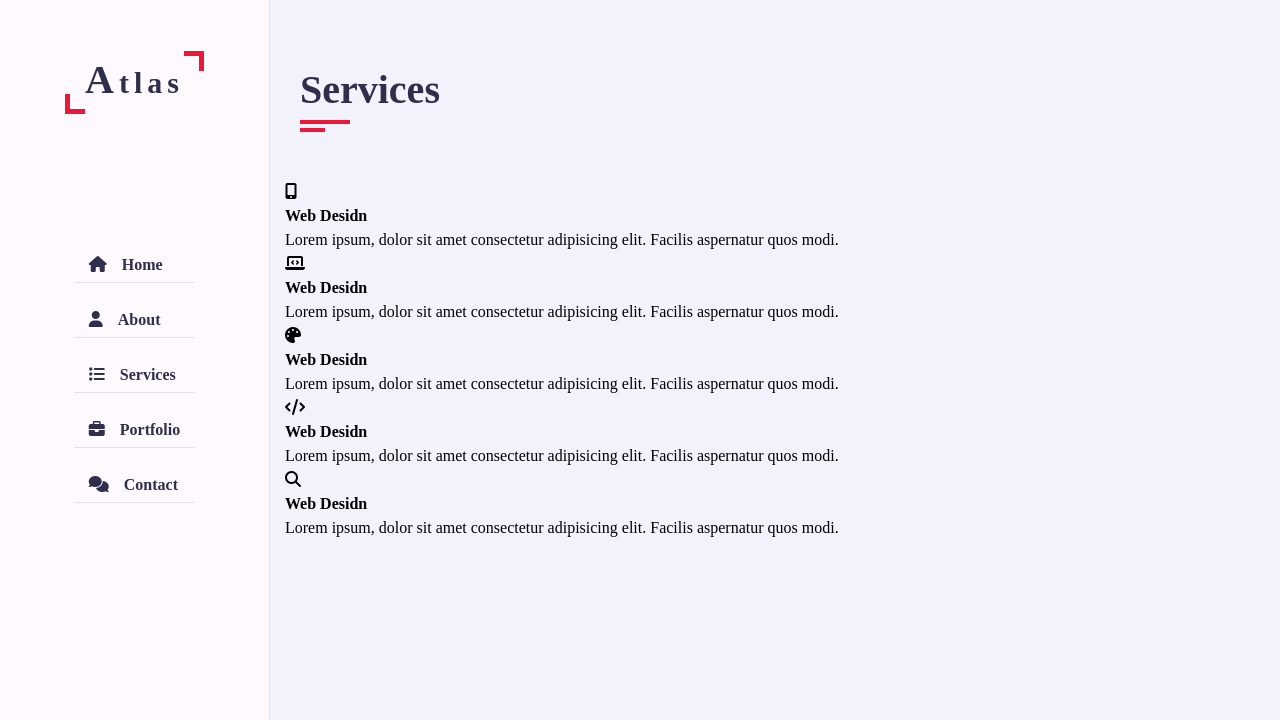
Repository: luanhoang0902/portfolio-ui
Page: index.html
An editor plug-in stored every save of this project. The page is shown before and after the next save, followed by the edit.
The browser window is 1280 px wide. The pictures show the whole page.
Some web fonts or font styles are not loaded; a fallback is used. Some web libraries are served in a nearby version.

Above is the page before, as saved 2022-06-03 11:16:55.

### index.html
<!DOCTYPE html>
<html lang="en">
  <head>
    <meta charset="UTF-8" />
    <meta http-equiv="X-UA-Compatible" content="IE=edge" />
    <meta name="viewport" content="width=device-width, initial-scale=1.0" />
    <title>Document</title>

    <!--  ===== CSS Files ===== -->
    <link rel="stylesheet" href="./css/style.css" />
    <link rel="stylesheet" href="./css/skins/color-1.css" />
    <link
      rel="stylesheet"
      href="https://cdnjs.cloudflare.com/ajax/libs/font-awesome/6.1.1/css/all.min.css"
    />
  </head>
  <body>
    <!--  ===== Main Container Start> ===== -->
    <div class="main-container">
      <!--  ===== Aside Start> ===== -->
      <div class="aside">
        <div class="logo">
          <a href="#"><span>A</span>tlas</a>
        </div>
        <div class="nav-toggler">
          <span></span>
        </div>
        <ul class="nav">
          <li>
            <a href="#"><i class="fa fa-home" class="active"></i>Home</a>
          </li>
          <li>
            <a href="#"><i class="fa fa-user"></i>About</a>
          </li>
          <li>
            <a href="#"><i class="fa fa-list"></i>Services</a>
          </li>
          <li>
            <a href="#"><i class="fa fa-briefcase"></i>Portfolio</a>
          </li>
          <li>
            <a href="#"><i class="fa fa-comments"></i>Contact</a>
          </li>
        </ul>
      </div>
      <!--  ===== Aside End> ===== -->
      <!--  ===== Main Content Start> ===== -->
      <div class="main-content">
        <!--  ===== Home Selection Start> ===== -->
        <section class="home section hidden">
          <div class="container">
            <div class="row">
              <div class="home-info padd-15">
                <h3 class="hello">
                  Hello, my name is <span class="name">Alimi Mousaad</span>
                </h3>
                <h3 class="my-profession">
                  I'm a <span class="typing">web designer</span>
                </h3>
                <p>
                  Lorem ipsum, dolor sit amet consectetur adipisicing elit.
                  Molestiae quos assumenda at illum nisi dolores sequi quisquam?
                  Eaque, earum temporibus.
                </p>
                <a href="#contact" class="btn hire-me">Hire Me</a>
              </div>
              <div class="home-img">
                <img src="./images/avatar.JPG" alt="" />
              </div>
            </div>
          </div>
        </section>
        <!--  ===== Home Selection End> ===== -->
        <!--  ===== About Selection Start> ===== -->
        <section class="about section hidden">
          <div class="container">
            <div class="row">
              <div class="section-title padd-15">
                <h2>About Me</h2>
              </div>
            </div>
            <div class="row">
              <div class="about-content padd-15">
                <div class="row">
                  <div class="about-text padd-15">
                    <h3>I'm Alimi Mousad and <span>Web Developer</span></h3>
                    <p>
                      Lorem ipsum dolor, sit amet consectetur adipisicing elit.
                      Illum, quaerat dolor, a, delectus natus iusto temporibus
                      quod amet architecto odit repudiandae dolore corrupti!
                      Excepturi nostrum porro obcaecati recusandae, ratione
                      maiores hic, ut iste labore sed itaque assumenda!
                      Obcaecati, quam voluptate.
                    </p>
                  </div>
                </div>
                <div class="row">
                  <div class="personal-info padd-15">
                    <div class="row">
                      <div class="info-item padd-15">
                        <p>Birthday: <span>17 sep 1999</span></p>
                      </div>
                      <div class="info-item padd-15">
                        <p>Age: <span>22</span></p>
                      </div>
                      <div class="info-item padd-15">
                        <p>Website: <span>www.domain.com</span></p>
                      </div>
                      <div class="info-item padd-15">
                        <p>Email: <span>info@gmail.com</span></p>
                      </div>
                      <div class="info-item padd-15">
                        <p>Degree: <span>Cs</span></p>
                      </div>
                      <div class="info-item padd-15">
                        <p>Phone: <span>0343151097</span></p>
                      </div>
                      <div class="info-item padd-15">
                        <p>City: <span>Islamabad</span></p>
                      </div>
                      <div class="info-item padd-15">
                        <p>Freelance: <span>Abalidble</span></p>
                      </div>
                    </div>
                    <div class="row">
                      <div class="buttons padd-15">
                        <a href="#" class="btn">Dowload CV</a>
                        <a href="#contact" class="btn hire-me">Hire me</a>
                      </div>
                    </div>
                  </div>
                  <div class="skills padd-15">
                    <div class="row">
                      <div class="skill-item padd-15">
                        <h5>HTML</h5>
                        <div class="progress">
                          <div class="progress-in" style="width: 86%"></div>
                          <div class="skill-percent">86%</div>
                        </div>
                      </div>
                      <div class="skill-item padd-15">
                        <h5>CSS</h5>
                        <div class="progress">
                          <div class="progress-in" style="width: 76%"></div>
                          <div class="skill-percent">76%</div>
                        </div>
                      </div>
                      <div class="skill-item padd-15">
                        <h5>JS</h5>
                        <div class="progress">
                          <div class="progress-in" style="width: 56%"></div>
                          <div class="skill-percent">56%</div>
                        </div>
                      </div>
                      <div class="skill-item padd-15">
                        <h5>REACT</h5>
                        <div class="progress">
                          <div class="progress-in" style="width: 46%"></div>
                          <div class="skill-percent">46%</div>
                        </div>
                      </div>
                    </div>
                  </div>
                </div>
                <div class="row">
                  <div class="education padd-15">
                    <h3 class="title">Education</h3>
                    <div class="row">
                      <div class="timeline-box padd-15">
                        <div class="timeline shadow-dark">
                          <!-- ===== timeline item ===== -->
                          <div class="timeline-item">
                            <div class="circle-dot"></div>
                            <h3 class="timeline-date">
                              <i class="fa fa-calendar"></i> 2013 - 2015
                            </h3>
                            <h4 class="timeline-title">
                              Master in Computer Science
                            </h4>
                            <p class="timeline-text">
                              Lorem ipsum dolor sit, amet consectetur
                              adipisicing elit. Quo dolores facere repellat?
                              Aperiam, reprehenderit natus repellendus,
                              similique et quis quam consequatur ratione quos
                              facilis fugit tenetur tempora saepe deleniti.
                              Adipisci quis deserunt quod rerum quam ipsam autem
                              cumque harum. Similique.
                            </p>
                          </div>
                          <!-- ===== timeline item ===== -->
                          <div class="timeline-item">
                            <div class="circle-dot"></div>
                            <h3 class="timeline-date">
                              <i class="fa fa-calendar"></i> 2013 - 2015
                            </h3>
                            <h4 class="timeline-title">
                              Master in Computer Science
                            </h4>
                            <p class="timeline-text">
                              Lorem ipsum dolor sit, amet consectetur
                              adipisicing elit. Quo dolores facere repellat?
                              Aperiam, reprehenderit natus repellendus,
                              similique et quis quam consequatur ratione quos
                              facilis fugit tenetur tempora saepe deleniti.
                              Adipisci quis deserunt quod rerum quam ipsam autem
                              cumque harum. Similique.
                            </p>
                          </div>
                          <!-- ===== timeline item ===== -->
                          <div class="timeline-item">
                            <div class="circle-dot"></div>
                            <h3 class="timeline-date">
                              <i class="fa fa-calendar"></i> 2013 - 2015
                            </h3>
                            <h4 class="timeline-title">
                              Master in Computer Science
                            </h4>
                            <p class="timeline-text">
                              Lorem ipsum dolor sit, amet consectetur
                              adipisicing elit. Quo dolores facere repellat?
                              Aperiam, reprehenderit natus repellendus,
                              similique et quis quam consequatur ratione quos
                              facilis fugit tenetur tempora saepe deleniti.
                              Adipisci quis deserunt quod rerum quam ipsam autem
                              cumque harum. Similique.
                            </p>
                          </div>
                        </div>
                      </div>
                    </div>
                  </div>
                  <div class="experience padd-15">
                    <h3 class="title">Experience</h3>
                    <div class="row">
                      <div class="timeline-box padd-15">
                        <div class="timeline shadow-dark">
                          <!-- ===== timeline item ===== -->
                          <div class="timeline-item">
                            <div class="circle-dot"></div>
                            <h3 class="timeline-date">
                              <i class="fa fa-calendar"></i> 2013 - 2015
                            </h3>
                            <h4 class="timeline-title">
                              Master in Computer Science
                            </h4>
                            <p class="timeline-text">
                              Lorem ipsum dolor sit, amet consectetur
                              adipisicing elit. Quo dolores facere repellat?
                              Aperiam, reprehenderit natus repellendus,
                              similique et quis quam consequatur ratione quos
                              facilis fugit tenetur tempora saepe deleniti.
                              Adipisci quis deserunt quod rerum quam ipsam autem
                              cumque harum. Similique.
                            </p>
                          </div>
                          <!-- ===== timeline item ===== -->
                          <div class="timeline-item">
                            <div class="circle-dot"></div>
                            <h3 class="timeline-date">
                              <i class="fa fa-calendar"></i> 2013 - 2015
                            </h3>
                            <h4 class="timeline-title">
                              Master in Computer Science
                            </h4>
                            <p class="timeline-text">
                              Lorem ipsum dolor sit, amet consectetur
                              adipisicing elit. Quo dolores facere repellat?
                              Aperiam, reprehenderit natus repellendus,
                              similique et quis quam consequatur ratione quos
                              facilis fugit tenetur tempora saepe deleniti.
                              Adipisci quis deserunt quod rerum quam ipsam autem
                              cumque harum. Similique.
                            </p>
                          </div>
                          <!-- ===== timeline item ===== -->
                          <div class="timeline-item">
                            <div class="circle-dot"></div>
                            <h3 class="timeline-date">
                              <i class="fa fa-calendar"></i> 2013 - 2015
                            </h3>
                            <h4 class="timeline-title">
                              Master in Computer Science
                            </h4>
                            <p class="timeline-text">
                              Lorem ipsum dolor sit, amet consectetur
                              adipisicing elit. Quo dolores facere repellat?
                              Aperiam, reprehenderit natus repellendus,
                              similique et quis quam consequatur ratione quos
                              facilis fugit tenetur tempora saepe deleniti.
                              Adipisci quis deserunt quod rerum quam ipsam autem
                              cumque harum. Similique.
                            </p>
                          </div>
                        </div>
                      </div>
                    </div>
                  </div>
                </div>
              </div>
            </div>
          </div>
        </section>
        <!--  ===== About Selection End> ===== -->
        <!--  ===== Services Selection Start> ===== -->
        <section class="service section">
          <div class="container">
            <div class="row">
              <div class="section-title padd-15">
                <h2>Services</h2>
              </div>
            </div>
            <div class="row">
              <!-- ===== Service item Start ===== -->
              <div class="service-item">
                <div class="service-item-inner">
                  <div class="icon">
                    <i class="fa fa-mobile-alt"></i>
                  </div>
                  <h4>Web Desidn</h4>
                  <p>Lorem ipsum, dolor sit amet consectetur adipisicing elit. Facilis aspernatur quos modi.</p>
                </div>
              </div>
              <!-- ===== Service item End ===== -->
               <!-- ===== Service item Start ===== -->
               <div class="service-item">
                <div class="service-item-inner">
                  <div class="icon">
                    <i class="fa fa-laptop-code"></i>
                  </div>
                  <h4>Web Desidn</h4>
                  <p>Lorem ipsum, dolor sit amet consectetur adipisicing elit. Facilis aspernatur quos modi.</p>
                </div>
              </div>
              <!-- ===== Service item End ===== -->
               <!-- ===== Service item Start ===== -->
               <div class="service-item">
                <div class="service-item-inner">
                  <div class="icon">
                    <i class="fa fa-palette"></i>
                  </div>
                  <h4>Web Desidn</h4>
                  <p>Lorem ipsum, dolor sit amet consectetur adipisicing elit. Facilis aspernatur quos modi.</p>
                </div>
              </div>
              <!-- ===== Service item End ===== -->
               <!-- ===== Service item Start ===== -->
               <div class="service-item">
                <div class="service-item-inner">
                  <div class="icon">
                    <i class="fa fa-code"></i>
                  </div>
                  <h4>Web Desidn</h4>
                  <p>Lorem ipsum, dolor sit amet consectetur adipisicing elit. Facilis aspernatur quos modi.</p>
                </div>
              </div>
              <!-- ===== Service item End ===== -->
               <!-- ===== Service item Start ===== -->
               <div class="service-item">
                <div class="service-item-inner">
                  <div class="icon">
                    <i class="fa fa-search"></i>
                  </div>
                  <h4>Web Desidn</h4>
                  <p>Lorem ipsum, dolor sit amet consectetur adipisicing elit. Facilis aspernatur quos modi.</p>
                </div>
              </div>
              <!-- ===== Service item End ===== -->
            </div>
          </div>
        </section>
        <!--  ===== Services Selection End> ===== -->
      </div>
      <!--  ===== Main Content End> ===== -->
    </div>
    <!--  ===== Main Container End> ===== -->
    <!--  ===== JS Files ===== -->
    <script src="js/script.js"></script>
  </body>
</html>

Loaded but not shown: css/skins/color-1.css (common file); css/style.css (541 lines, source omitted); js/script.js (no copy from this time; the picture is the same without it)

After the next save:
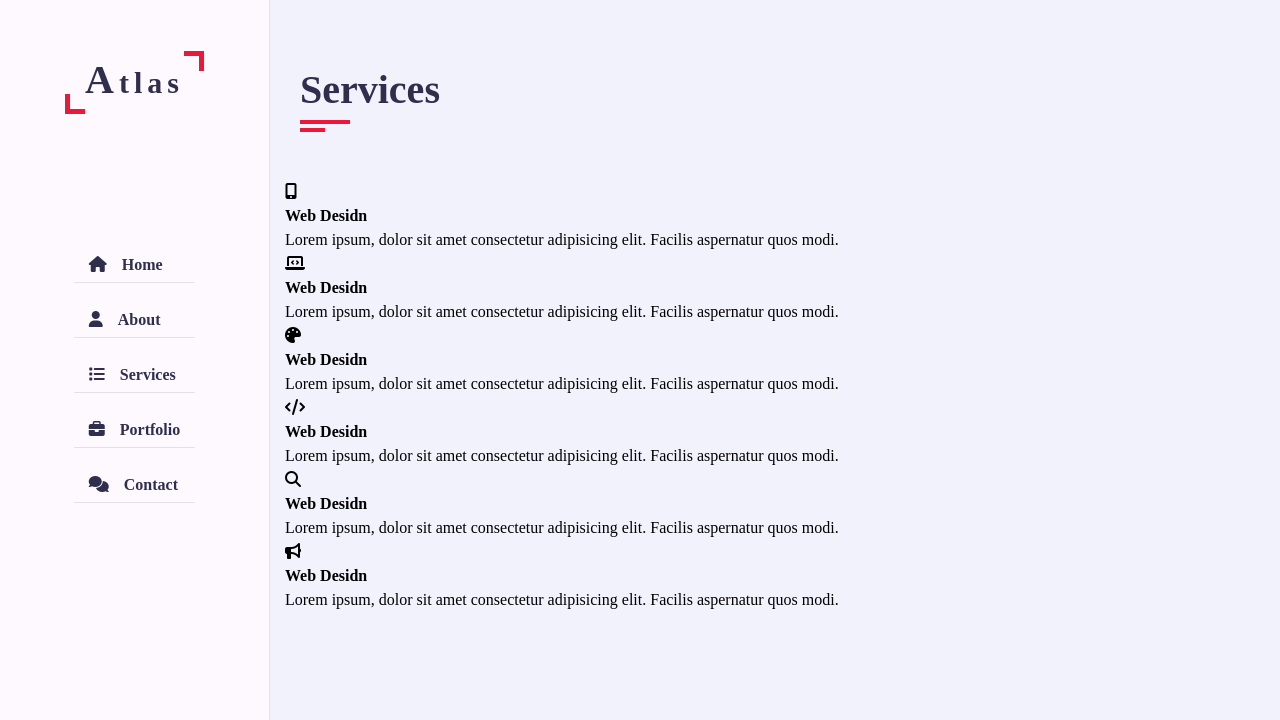
Saved 53 s later.
--- a/index.html
+++ b/index.html
@@ -365,6 +365,17 @@
                 </div>
               </div>
               <!-- ===== Service item End ===== -->
+               <!-- ===== Service item Start ===== -->
+               <div class="service-item">
+                <div class="service-item-inner">
+                  <div class="icon">
+                    <i class="fa fa-bullhorn"></i>
+                  </div>
+                  <h4>Web Desidn</h4>
+                  <p>Lorem ipsum, dolor sit amet consectetur adipisicing elit. Facilis aspernatur quos modi.</p>
+                </div>
+              </div>
+              <!-- ===== Service item End ===== -->
             </div>
           </div>
         </section>
